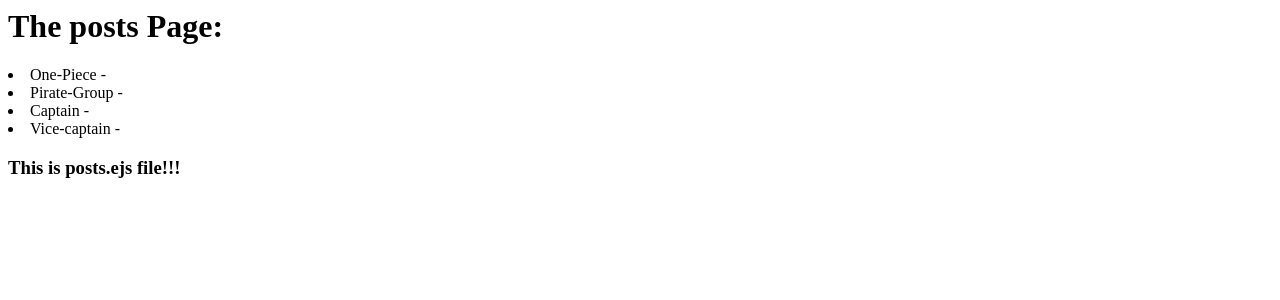
Repository: abedhtiwari14/Cloud-9
Page: http://localhost/posts
The author's editor kept a record of every edit. The page is drawn from the files as they stood at one moment, then again after the next edit.
The browser window is 1280 px wide. The pictures show the whole page.
The page is served by the project's Node server (MoreExpress/EJSDemo/app.js).

Above is the page before.

After the next edit:
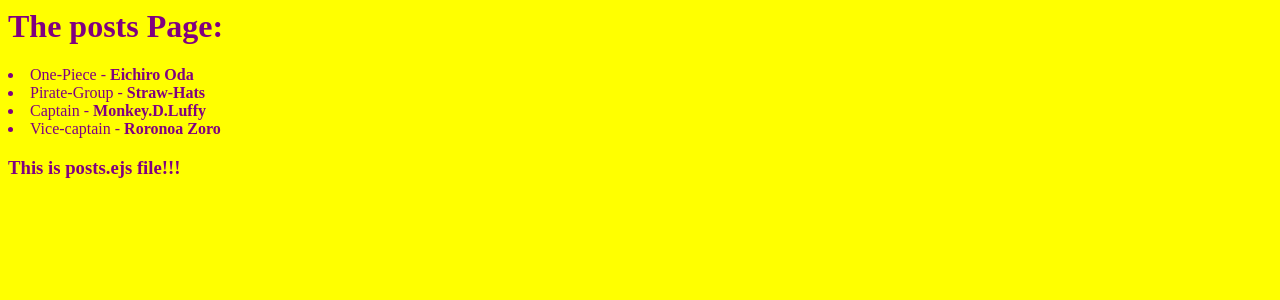
The edit:
--- a/MoreExpress/EJSDemo/views/posts.ejs
+++ b/MoreExpress/EJSDemo/views/posts.ejs
@@ -1,8 +1,11 @@
+
+<link rel="stylesheet" href="app.css">
+
 <h1>The posts Page:</h1>
 
 <% for(var i=0; i<posts.length; i++){ %>
 <li>
-    <%= posts[i].title %> - <strong><% posts[i].author %></strong>
+    <%= posts[i].title %> - <strong><%= posts[i].author %></strong>
 </li>
 <% } %>
 
